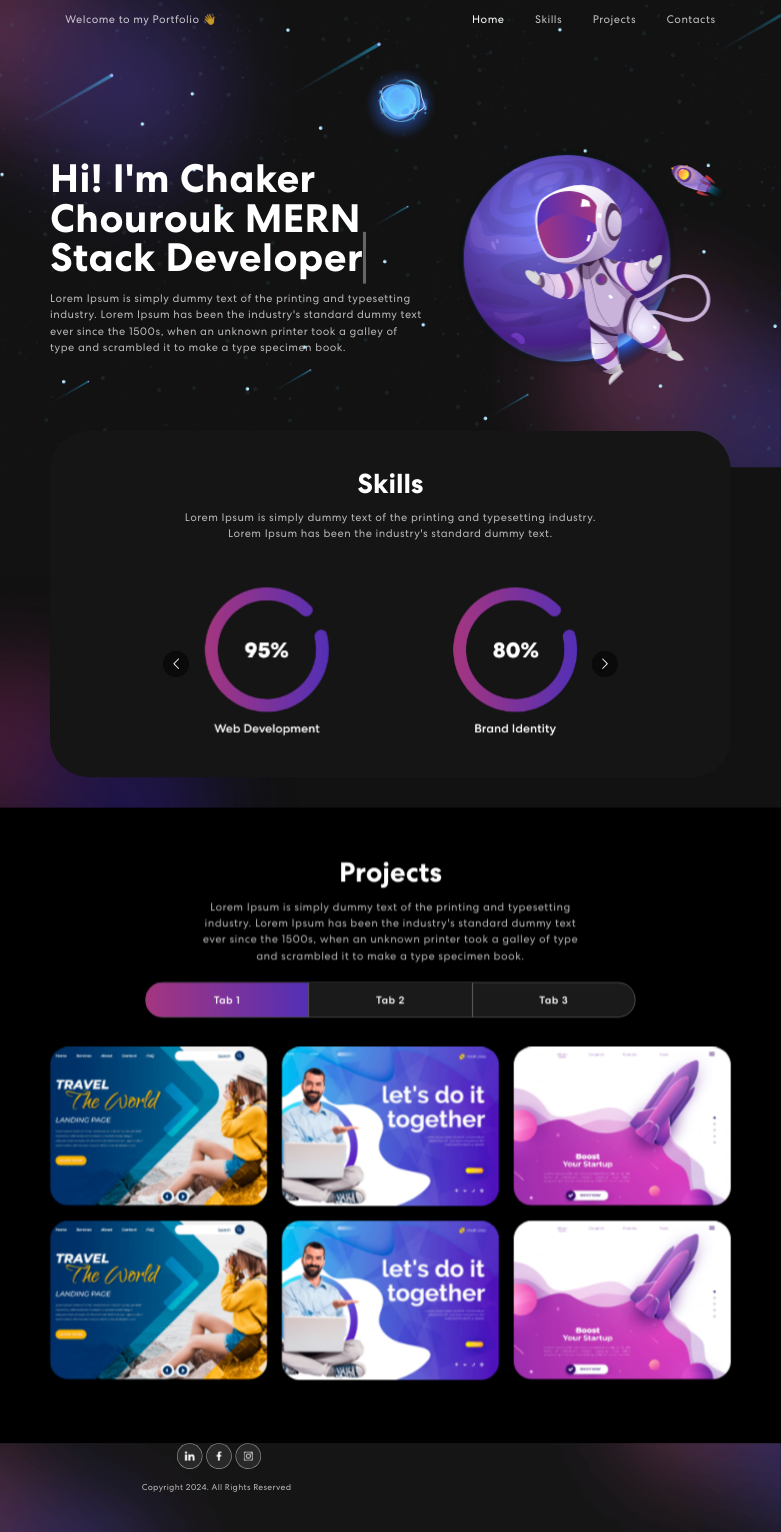
Repository: ChakerChourouk/personal-portfolio
Page: /
An editor plug-in stored every save of this project. The page is shown before and after the next save, followed by the edit.
The browser window is 1280 px wide. The pictures show the whole page, at 61% of full size.
The project was rebuilt for these pictures with package versions that can differ from the ones it lists, and the page was loaded fresh each time. Imported but missing from the stored project, and not drawn on this page: src/components/Contact.

Above is the page before, as saved 2024-09-15 17:19:41.

After the next save:
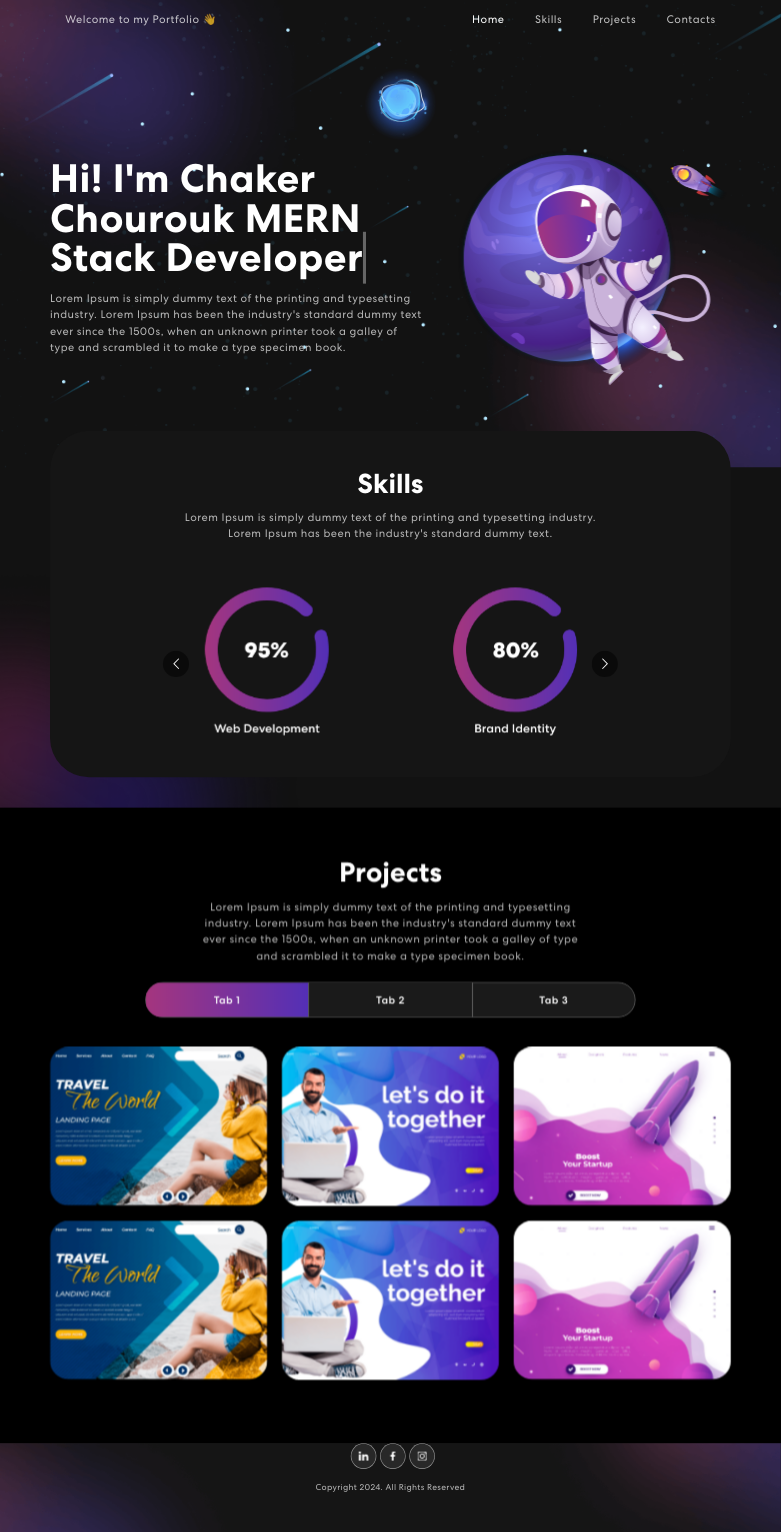
Saved 71 s later.
--- a/src/components/Footer.js
+++ b/src/components/Footer.js
@@ -8,9 +8,8 @@ export const Footer = () => {
   return (
     <footer className="footer">
       <Container>
-        <Row className="align-items-center">
-
-          <Col size={12} sm={6} className="text-center ">
+        <Row className="align-items-center justify-content-center">
+          <Col size={12} sm={6} className="text-center">
             <div className="social-icon">
               <a href="#"><img src={navIcon1} alt="Icon" /></a>
               <a href="#"><img src={navIcon2} alt="Icon" /></a>
@@ -21,5 +20,5 @@ export const Footer = () => {
         </Row>
       </Container>
     </footer>
-  )
-}
+  );
+};
